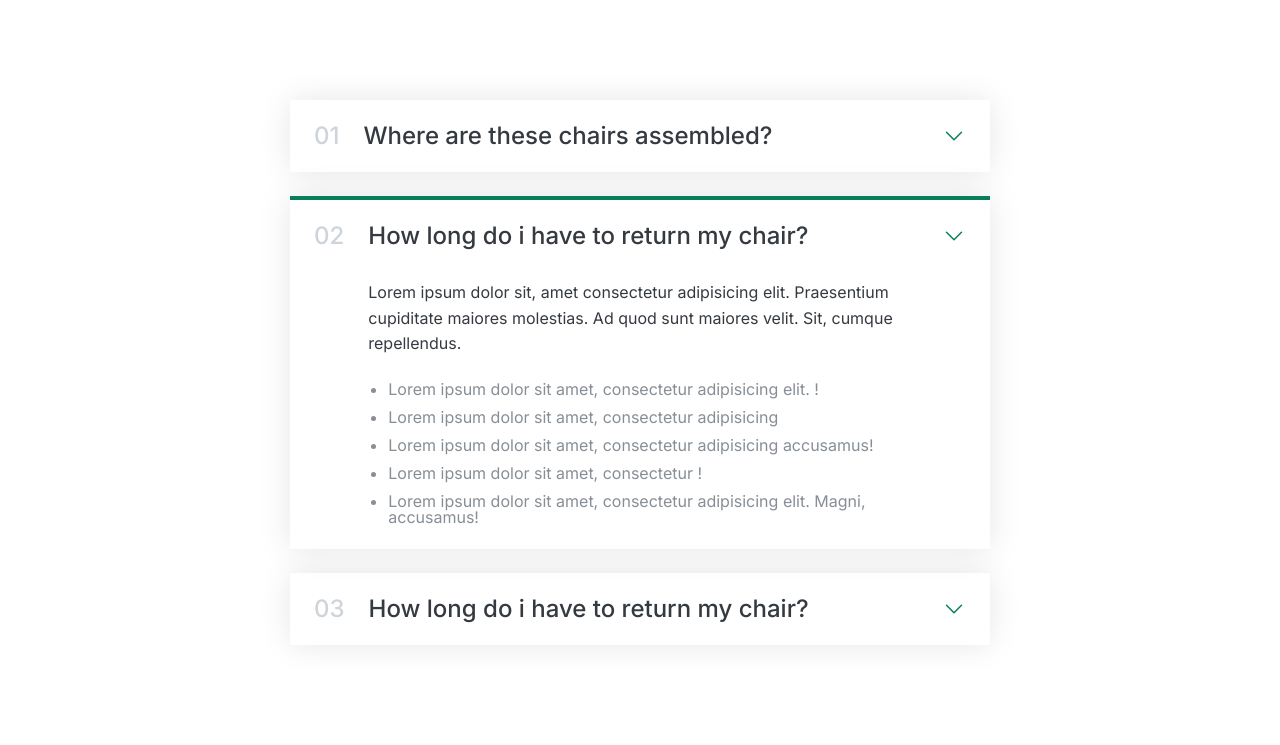
Repository: sunny070/CSS
Page: HTML and CSS some of the important components/index.html
An editor plug-in stored every save of this project. The page is shown before and after a run of saves, followed by the edit.
The browser window is 1280 px wide. The pictures show the whole page.

Above is the page before, as saved 2023-11-13 15:36:56.

After the next 3 saves:
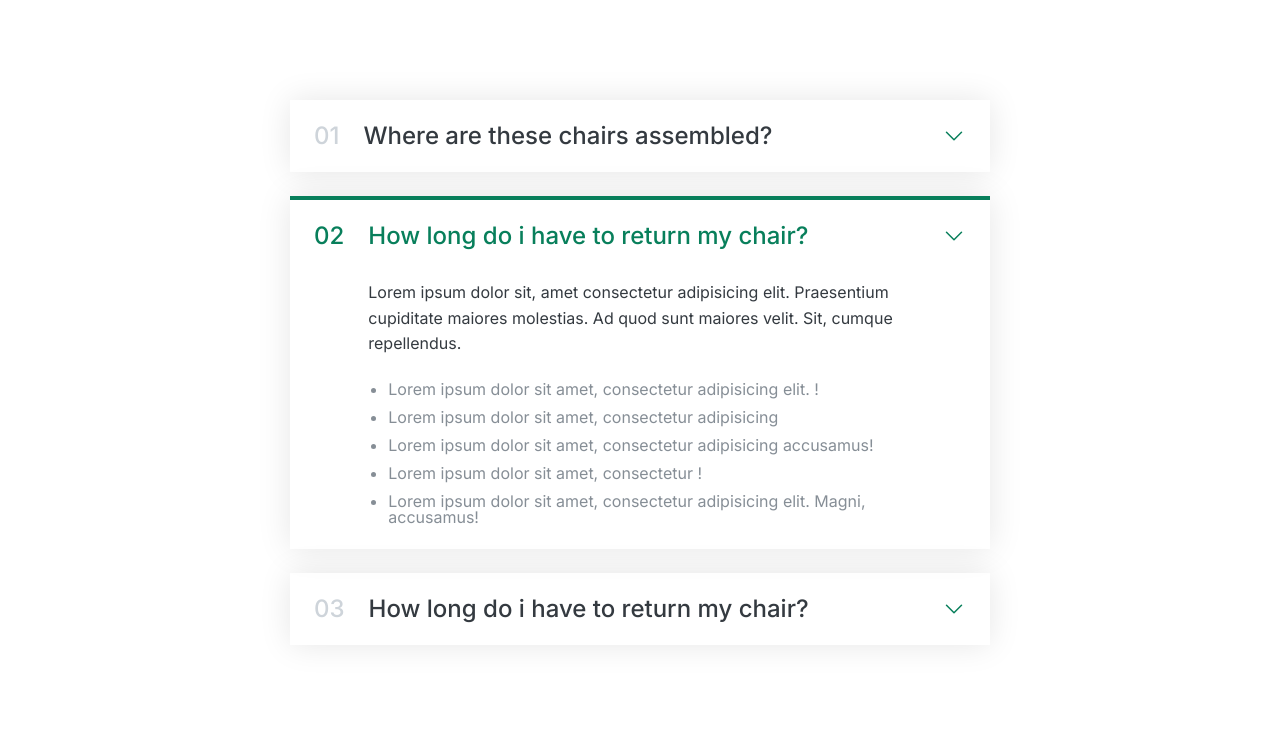
The 3 saves are shown as one change because they came seconds apart.
The last was saved 7 s later.
--- a/HTML and CSS some of the important components/index.html
+++ b/HTML and CSS some of the important components/index.html
@@ -90,7 +90,9 @@
       .open .hidden-box{
         display: block ;
       }
-      .open .number, .open .text
+      .open .number, .open .text{
+        color:#087f5b;
+      }
       /* .hidden-box li{
         margin-bottom: 12px;
       } */
